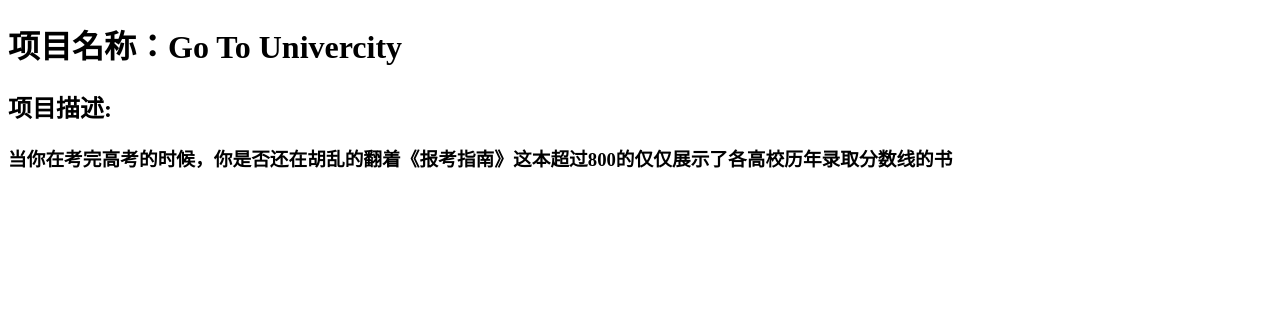
Repository: SUT-GC/GoToUnivercity
Page: http://localhost/GoToUniversity/ideasource/idea.jsp
The author's editor kept a copy of each file at every save. The page is drawn from the files as they stood at one save, then again after the next save.
The browser window is 1280 px wide. The pictures show the whole page.
The page is served by Tomcat 9. Nobody is signed in. The application's start-up code is not run.

Above is the page before, as saved 2015-11-16 10:48:20.

After the next save:
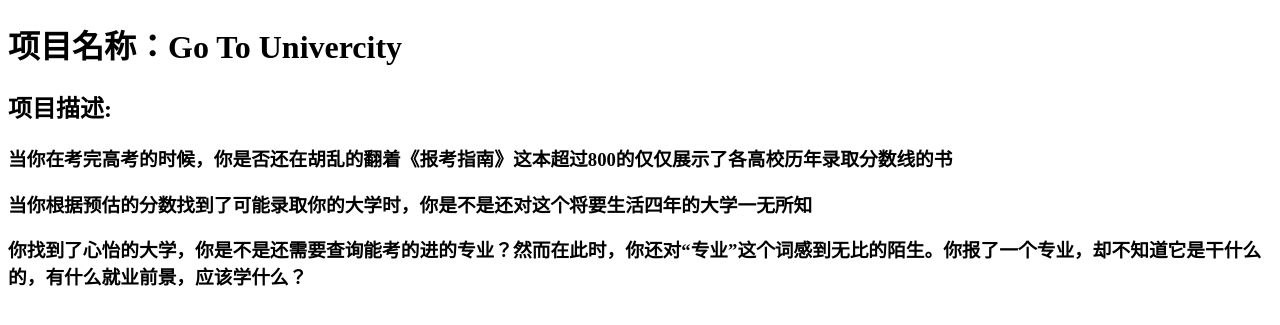
Saved 4 min 47 s later.
--- a/GoToUniversity/WebContent/ideasource/idea.jsp
+++ b/GoToUniversity/WebContent/ideasource/idea.jsp
@@ -16,6 +16,9 @@
 				<h2>项目描述:</h2>
 				<h3>
 					<p>当你在考完高考的时候，你是否还在胡乱的翻着《报考指南》这本超过800的仅仅展示了各高校历年录取分数线的书</p>
+					<p>当你根据预估的分数找到了可能录取你的大学时，你是不是还对这个将要生活四年的大学一无所知</p>
+					<p>你找到了心怡的大学，你是不是还需要查询能考的进的专业？然而在此时，你还对“专业”这个词感到无比的陌生。你报了一个专业，却不知道它是干什么的，有什么就业前景，应该学什么？</p>
+
 				</h3>
 			</div>
 			<div class="content_body_content">
